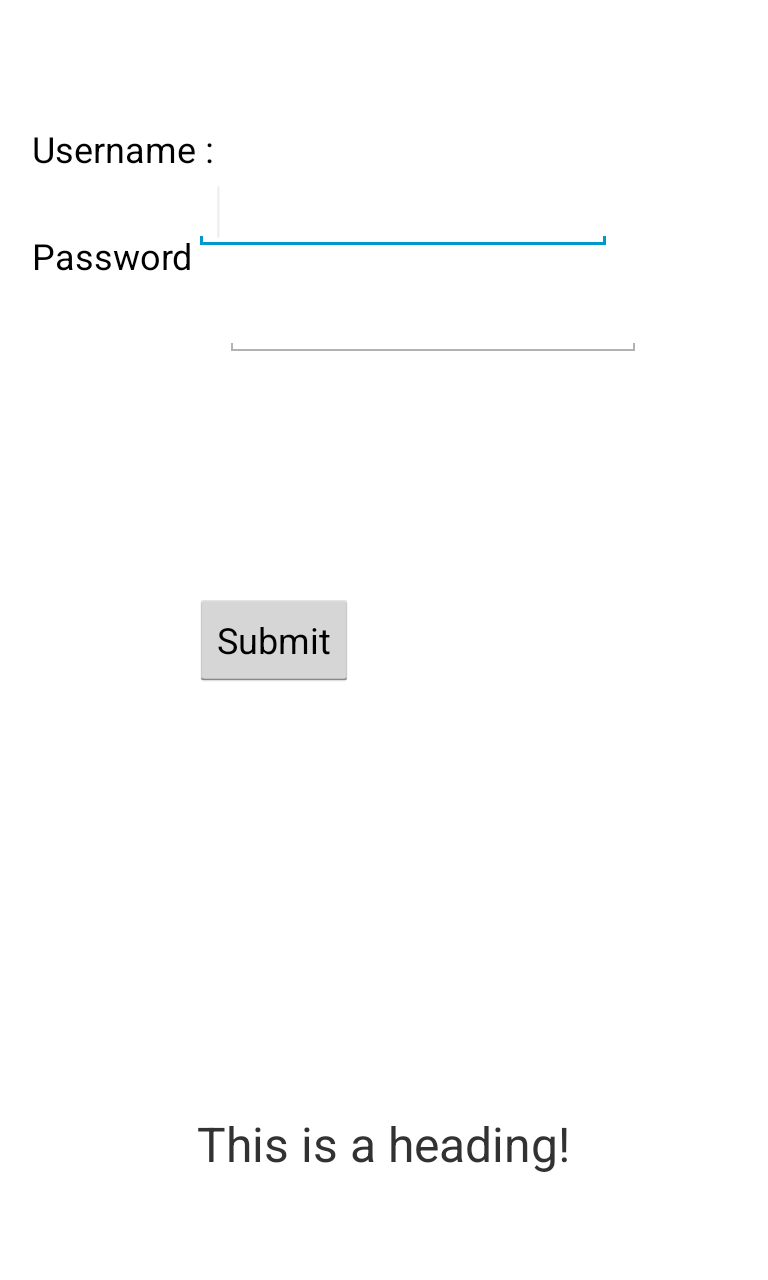
Repository: itsnavneetk/sem6
Layout: AT/150911226/FirstApplication/res/layout/activity_main.xml
The author's editor kept a copy of each file at every save. The layout is drawn from the files as they stood at one save, then again after the next save.
It is drawn on a 768 x 1280 px phone screen (xhdpi) without system bars, with theme AppTheme; the app's code is not run.

Above is the layout before, as saved 2018-01-10 04:02:49.

### AT/150911226/FirstApplication/res/layout/activity_main.xml
<RelativeLayout xmlns:android="http://schemas.android.com/apk/res/android"
    xmlns:tools="http://schemas.android.com/tools"
    android:layout_width="match_parent"
    android:layout_height="match_parent"
    android:paddingBottom="@dimen/activity_vertical_margin"
    android:paddingLeft="@dimen/activity_horizontal_margin"
    android:paddingRight="@dimen/activity_horizontal_margin"
    android:paddingTop="@dimen/activity_vertical_margin"
    tools:context=".MainActivity" >

    <TextView
        android:id="@+id/textView1"
        android:layout_width="wrap_content"
        android:layout_height="wrap_content"
        android:layout_alignParentBottom="true"
        android:layout_centerHorizontal="true"
        android:layout_marginBottom="36dp"
        android:text="This is a heading!"
        android:textSize="24sp" />

    <TextView
        android:id="@+id/textView2"
        android:layout_width="wrap_content"
        android:layout_height="wrap_content"
        android:layout_alignParentLeft="true"
        android:layout_below="@+id/unametext"
        android:layout_marginTop="29dp"
        android:text="Password"
        android:textAppearance="?android:attr/textAppearanceMedium" />

    <EditText
        android:id="@+id/unametext"
        android:layout_width="wrap_content"
        android:layout_height="wrap_content"
        android:layout_below="@+id/unametext"
        android:layout_toRightOf="@+id/textView2"
        android:ems="10" >

        <requestFocus />
    </EditText>

    <TextView
        android:id="@+id/unametext"
        android:layout_width="wrap_content"
        android:layout_height="wrap_content"
        android:layout_alignLeft="@+id/textView2"
        android:layout_alignParentTop="true"
        android:layout_marginTop="46dp"
        android:text="Username : "
        android:textAppearance="?android:attr/textAppearanceMedium" />

    <EditText
        android:id="@+id/password"
        android:layout_width="wrap_content"
        android:layout_height="wrap_content"
        android:layout_below="@+id/textView2"
        android:layout_toRightOf="@+id/unametext"
        android:ems="10"
        android:inputType="textPassword" />

    <Button
        android:id="@+id/button1"
        android:layout_width="wrap_content"
        android:layout_height="wrap_content"
        android:layout_centerVertical="true"
        android:layout_toRightOf="@+id/textView2"
        android:text="Submit" />

</RelativeLayout>

Loaded but not shown: AT/150911226/FirstApplication/res/values/styles.xml (common file); AT/150911226/FirstApplication/res/values-v11/styles.xml (common file); AT/150911226/FirstApplication/res/values-v14/styles.xml (common file); AT/150911226/FirstApplication/res/values/dimens.xml (common file)

After the next save:
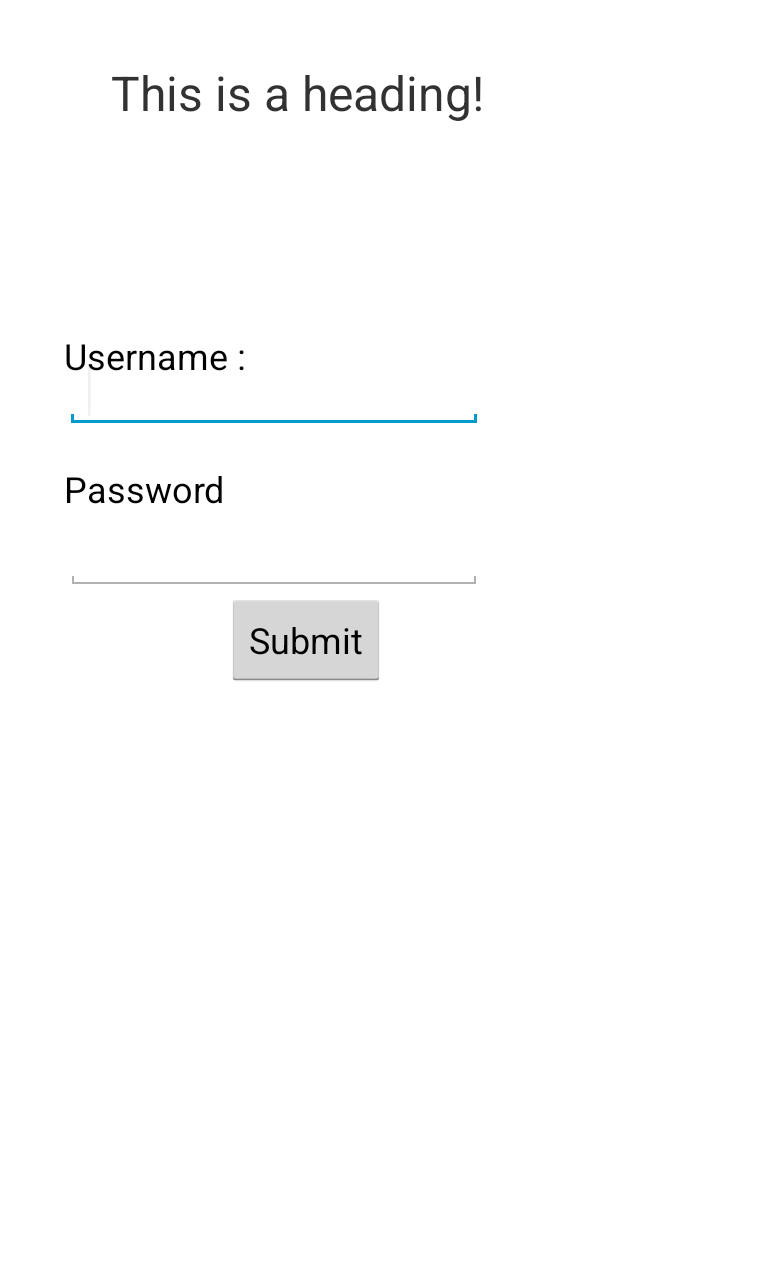
Saved 89 s later.
--- a/AT/150911226/FirstApplication/res/layout/activity_main.xml
+++ b/AT/150911226/FirstApplication/res/layout/activity_main.xml
@@ -8,23 +8,30 @@
     android:paddingTop="@dimen/activity_vertical_margin"
     tools:context=".MainActivity" >
 
-    <TextView
-        android:id="@+id/textView1"
+    <Button
+        android:id="@+id/button1"
         android:layout_width="wrap_content"
         android:layout_height="wrap_content"
-        android:layout_alignParentBottom="true"
-        android:layout_centerHorizontal="true"
-        android:layout_marginBottom="36dp"
-        android:text="This is a heading!"
-        android:textSize="24sp" />
+        android:layout_centerVertical="true"
+        android:layout_toRightOf="@+id/textView2"
+        android:text="Submit" />
+
+    <EditText
+        android:id="@+id/password"
+        android:layout_width="wrap_content"
+        android:layout_height="wrap_content"
+        android:layout_above="@+id/button1"
+        android:layout_alignLeft="@+id/textView2"
+        android:ems="10"
+        android:inputType="textPassword" />
 
     <TextView
         android:id="@+id/textView2"
         android:layout_width="wrap_content"
         android:layout_height="wrap_content"
+        android:layout_above="@+id/password"
         android:layout_alignParentLeft="true"
-        android:layout_below="@+id/unametext"
-        android:layout_marginTop="29dp"
+        android:layout_marginLeft="16dp"
         android:text="Password"
         android:textAppearance="?android:attr/textAppearanceMedium" />
 
@@ -32,8 +39,9 @@
         android:id="@+id/unametext"
         android:layout_width="wrap_content"
         android:layout_height="wrap_content"
-        android:layout_below="@+id/unametext"
-        android:layout_toRightOf="@+id/textView2"
+        android:layout_above="@+id/textView2"
+        android:layout_alignLeft="@+id/textView2"
+        android:layout_marginBottom="17dp"
         android:ems="10" >
 
         <requestFocus />
@@ -43,27 +51,20 @@
         android:id="@+id/unametext"
         android:layout_width="wrap_content"
         android:layout_height="wrap_content"
+        android:layout_above="@+id/textView2"
         android:layout_alignLeft="@+id/textView2"
-        android:layout_alignParentTop="true"
-        android:layout_marginTop="46dp"
+        android:layout_marginBottom="42dp"
         android:text="Username : "
         android:textAppearance="?android:attr/textAppearanceMedium" />
 
-    <EditText
-        android:id="@+id/password"
+    <TextView
+        android:id="@+id/textView1"
         android:layout_width="wrap_content"
         android:layout_height="wrap_content"
-        android:layout_below="@+id/textView2"
-        android:layout_toRightOf="@+id/unametext"
-        android:ems="10"
-        android:inputType="textPassword" />
-
-    <Button
-        android:id="@+id/button1"
-        android:layout_width="wrap_content"
-        android:layout_height="wrap_content"
-        android:layout_centerVertical="true"
-        android:layout_toRightOf="@+id/textView2"
-        android:text="Submit" />
+        android:layout_alignParentTop="true"
+        android:layout_alignRight="@+id/password"
+        android:layout_marginTop="14dp"
+        android:text="This is a heading!"
+        android:textSize="24sp" />
 
 </RelativeLayout>
